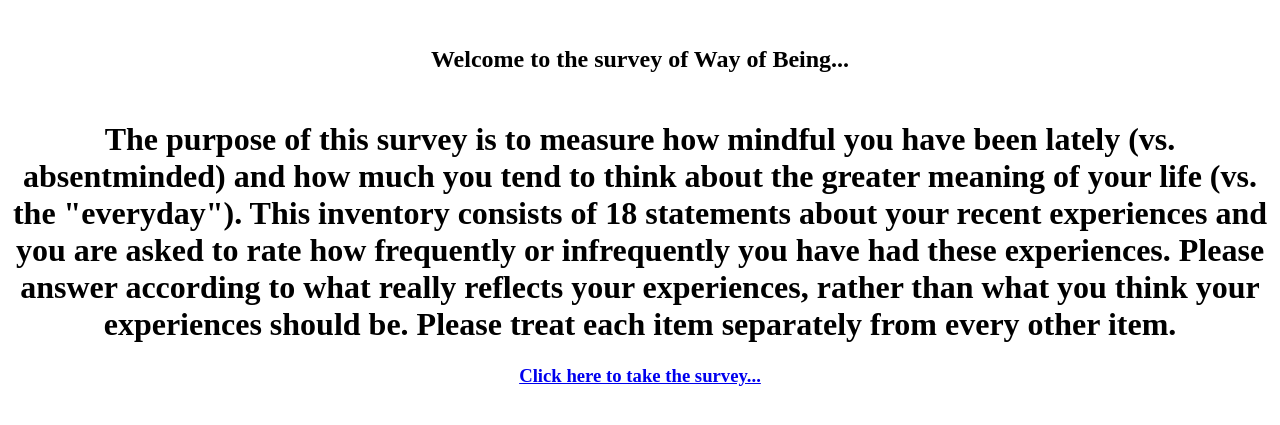
Repository: onlinechetan/WayOfBeing
Page: http://localhost/wayofbeing/
An editor plug-in stored every save of this project. The page is shown before and after the next save, followed by the edit.
The browser window is 1280 px wide. The pictures show the whole page.
The page is served by Tomcat 9.

Above is the page before, as saved 2015-11-07 21:41:46.

After the next save:
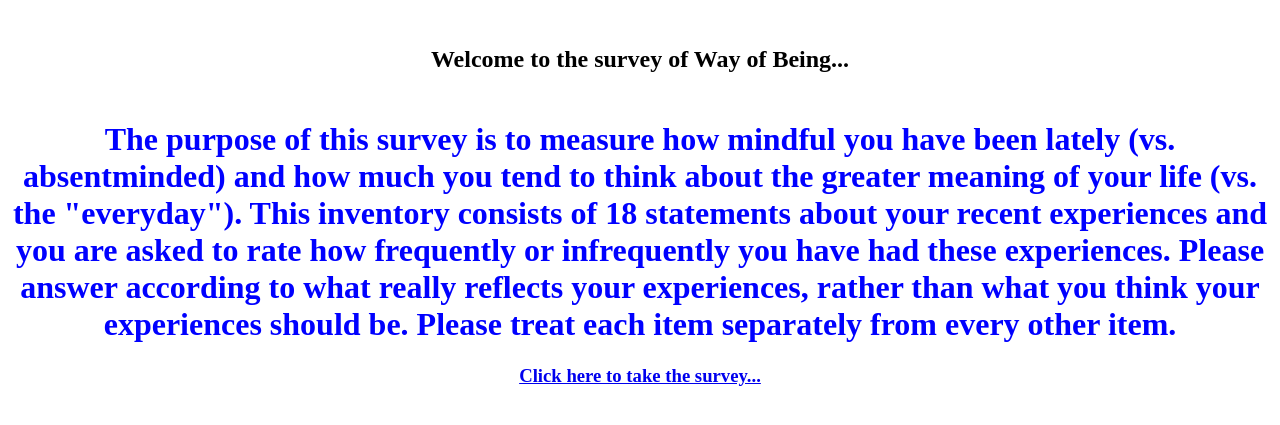
Saved 66 s later.
--- a/wayofbeing/WebContent/index.jsp
+++ b/wayofbeing/WebContent/index.jsp
@@ -9,6 +9,7 @@ h1 {
     margin-bottom: 0.67em;
     margin-left: 0;
     margin-right: 0;
+    color:blue;
     font-weight: bold;
 }
 </style>
